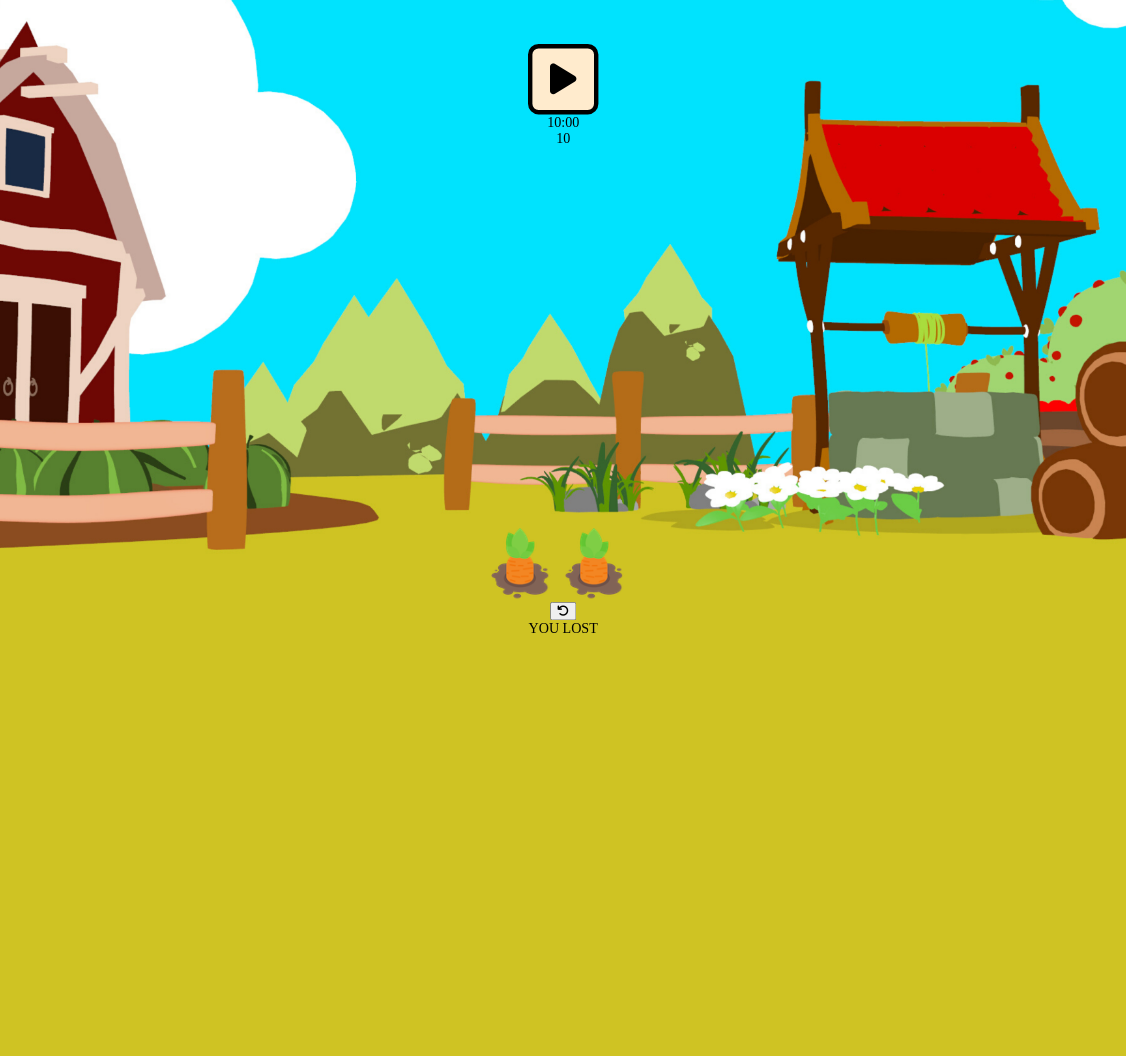
Repository: keehoonjung/Bug-Game
Page: index.html
These files come from the project's save history. The page is drawn as it stood at one moment and after a run of saves; the edit follows.
The browser window is 1280 px wide. The pictures show the whole page, at 88% of full size.
Some web libraries are served in a nearby version.

Above is the page before, as saved 2021-08-10 10:51:55.

After the next 2 saves:
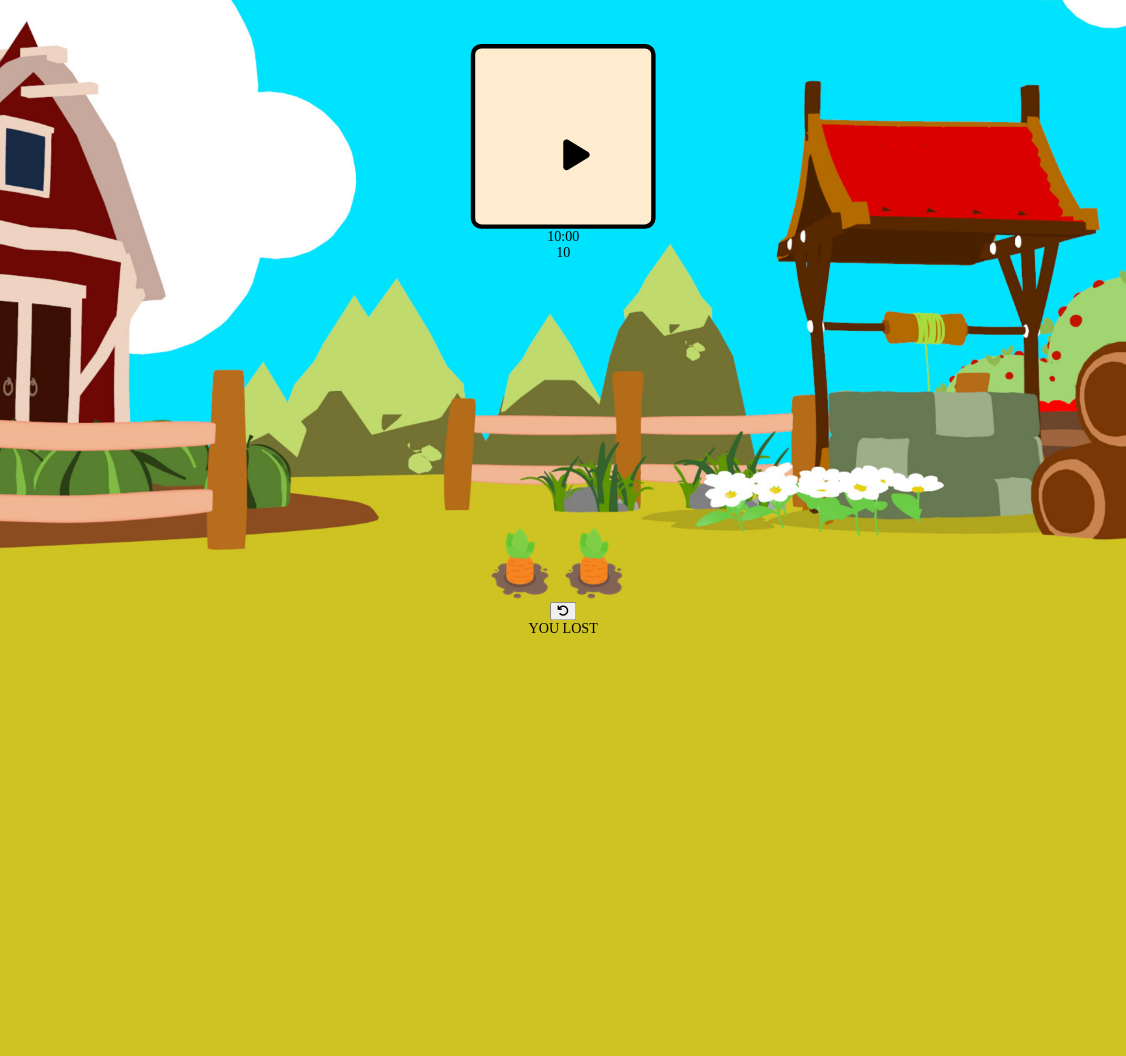
The 2 saves are shown as one change because they came seconds apart.
The last was saved 7 s later.
--- a/style.css
+++ b/style.css
@@ -26,5 +26,5 @@
   font-size: 40px;
   border: 5px solid black;
   border-radius: 12px;
-  padding: 10;
+  padding: 100px;
 }

After the save that followed:
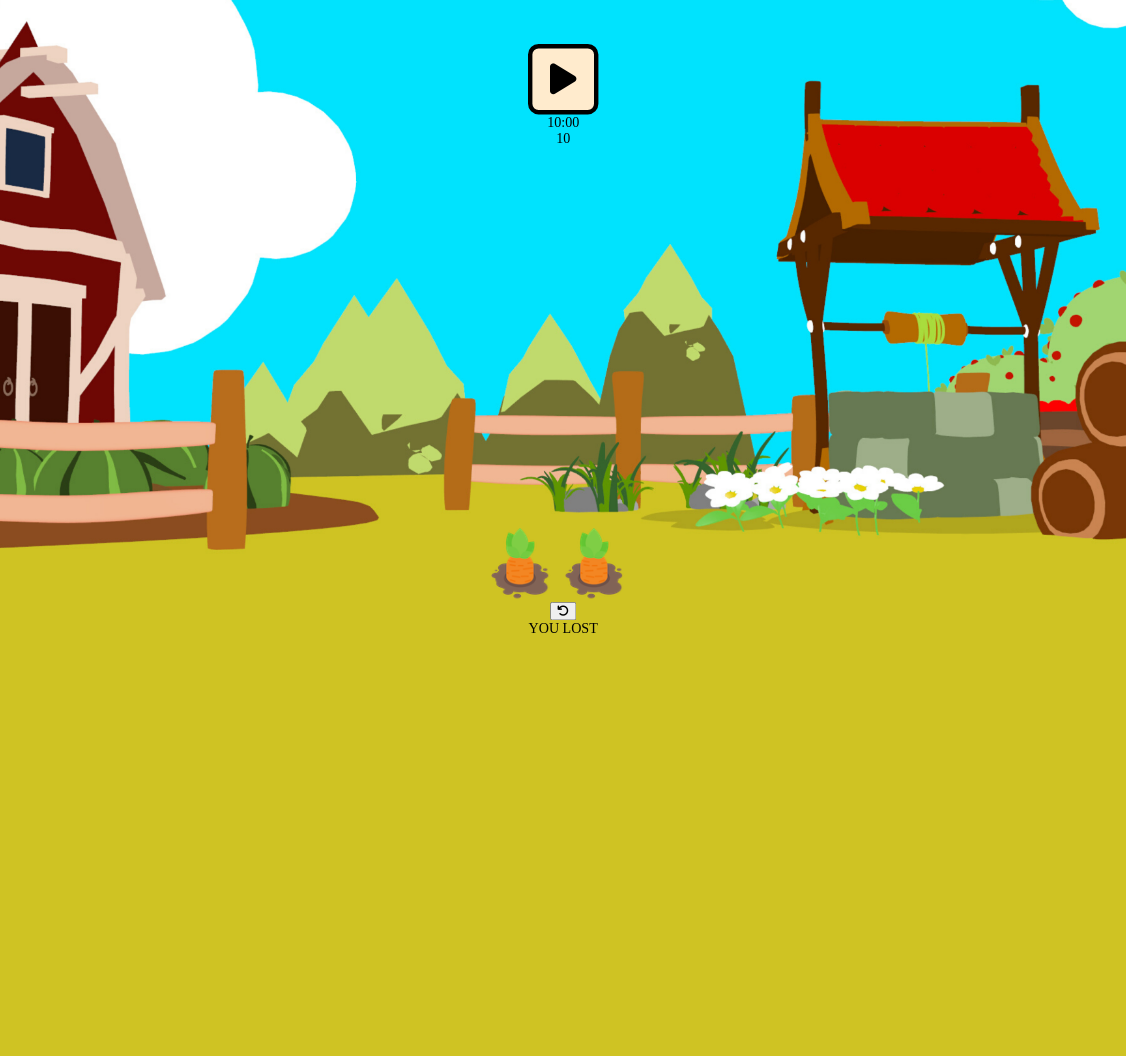
Saved 5 s later.
--- a/style.css
+++ b/style.css
@@ -26,5 +26,5 @@
   font-size: 40px;
   border: 5px solid black;
   border-radius: 12px;
-  padding: 100px;
+  padding: 6px;
 }
